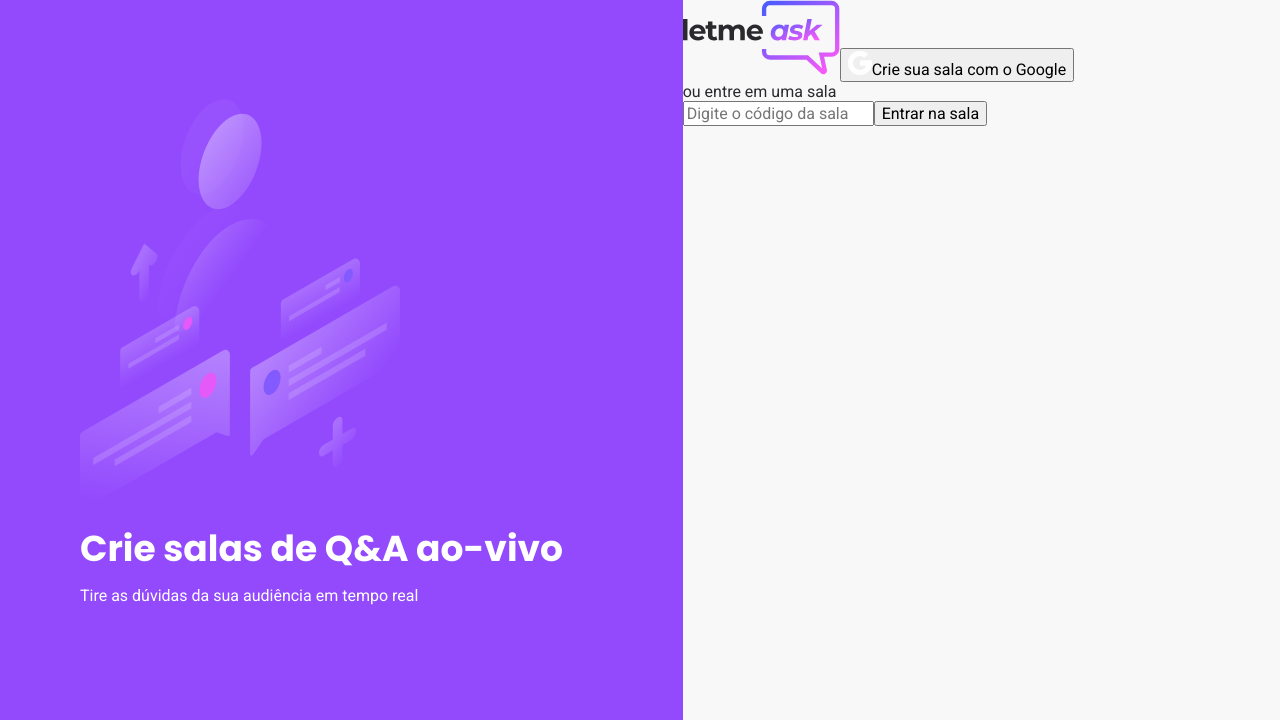
Repository: JoaoGabriel-py/react-project
Page: / (app in letmeask/)
These files come from the project's save history. The page is drawn as it stood at one moment and after the next save; the edit follows.
The browser window is 1280 px wide. The pictures show the whole page.
The project was rebuilt for these pictures with package versions that can differ from the ones it lists, and the page was loaded fresh each time.

Above is the page before, as saved 2021-06-21 23:30:31.

After the next save:
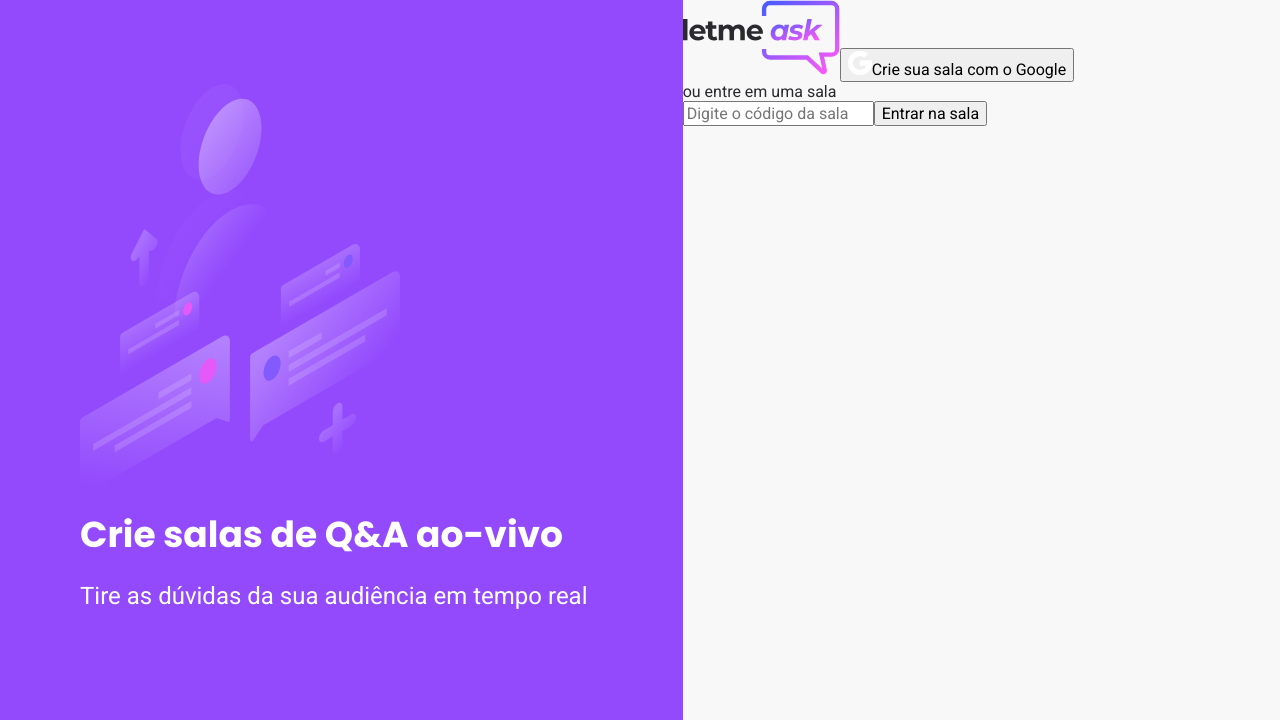
Saved 41 s later.
--- a/letmeask/src/styles/auth.scss
+++ b/letmeask/src/styles/auth.scss
@@ -24,6 +24,11 @@
             line-height: 42px;
             margin-top: 16px;
         }
+
+        p {
+            font-size: 24px;
+            line-height: 32px;
+        }
     }
 
     main {
